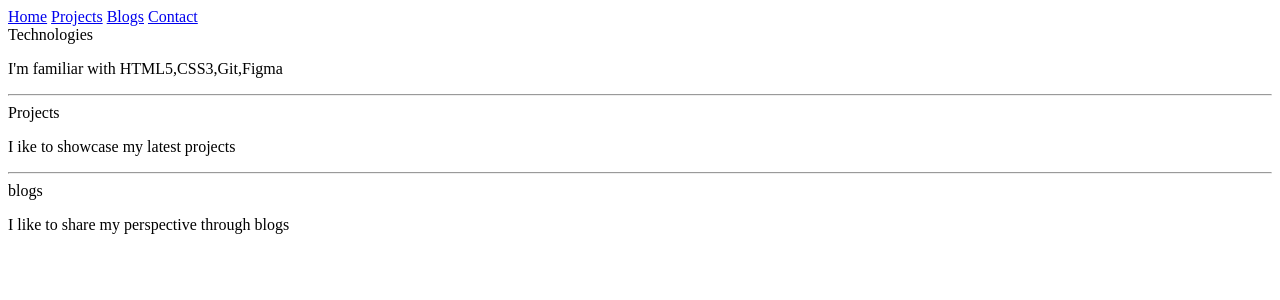
Repository: nihalani20/HTMLbyKG
Page: Projectlevel4/index.html
These files come from the project's save history. The page is drawn as it stood at one moment and after a run of saves; the edit follows.
The browser window is 1280 px wide. The pictures show the whole page.

Above is the page before, as saved 2023-12-13 19:36:01.

### Projectlevel4/index.html
<!DOCTYPE html>
<html lang="en">
<head>
  <meta charset="UTF-8">
  <meta name="viewport" content="width=device-width, initial-scale=1.0">
  <title>HTML and Project Structure</title>
</head>
<body>
  <header>
   <nav>
    <a href="#home">Home</a>
    <a href="#projects">Projects</a>
    <a href="#blogs">Blogs</a>
    <a href="#contact">Contact</a>

   </nav>
  </header>
  <main>
<section>
Technologies
<p>I'm familiar with HTML5,CSS3,Git,Figma</p>
</section>
<hr>
<section>
  Projects
  <p>I ike to showcase my latest projects</p>
</section>
<hr>
<section>
  blogs
  <p>I like to share my perspective through blogs </p>
  <article></article>
</section>
  </main>
  <footer>


  </footer>
</body>
</html>

After the next 2 saves:
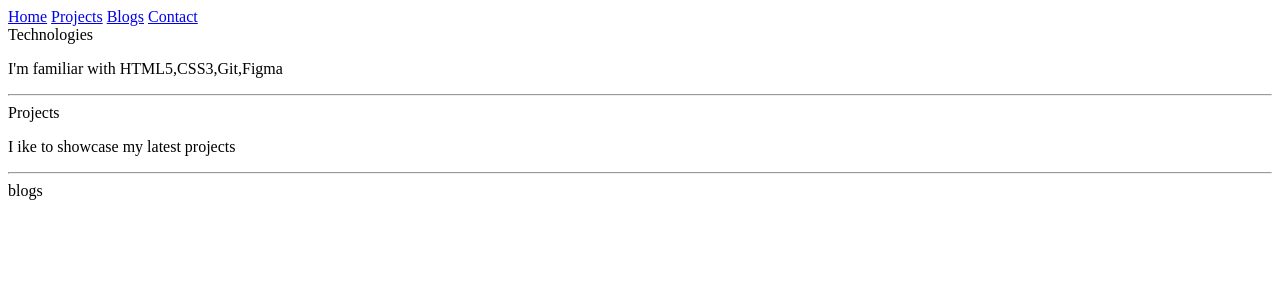
The 2 saves are shown as one change because they came seconds apart.
The last was saved 18 s later.
--- a/Projectlevel4/index.html
+++ b/Projectlevel4/index.html
@@ -28,7 +28,6 @@ Technologies
 <hr>
 <section>
   blogs
-  <p>I like to share my perspective through blogs </p>
   <article></article>
 </section>
   </main>
